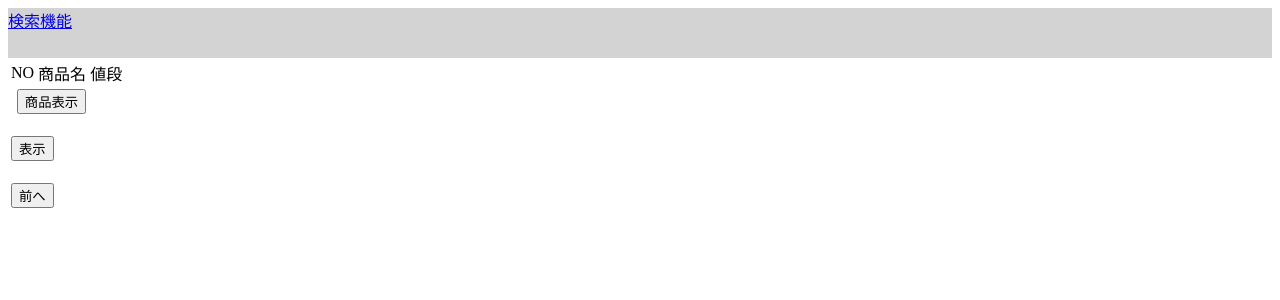
Repository: kousuke-2047/test
Page: http://localhost/Item/item.jsp
These files come from the project's save history. The page is drawn as it stood at one moment and after the next save; the edit follows.
The browser window is 1280 px wide. The pictures show the whole page.
The page is served by Tomcat 9. Other server files are loaded and not shown.

Above is the page before, as saved 2018-06-19 05:40:50.

### Item/WebContent/item.jsp
<%@ page language="java" contentType="text/html; charset=UTF-8"
    pageEncoding="UTF-8"%>
<%@ taglib prefix ="s" uri="/struts-tags" %>

<!DOCTYPE html PUBLIC>
<html>
<head>
	<meta http-equiv="Content-Type" content="text/html; charset=UTF-8">
	<meta http-equiv="Content-Style-Type" content="text/css"/>
	<meta http-equiv="Content-Script-Type" content= "text/javascript" />
	<meta http-equiv="imagetoolbar" content= "no" />
	<meta name = "description" content="" />
	<meta name="keywords" content="" />
<title>Item一覧画面</title>
<style type = "text/css">

header{
	background-color:lightgray;
	height:50px;
	width:100%;
	}


</style>
</head>
<body>

	<header>
		<a href ='<s:url action ="GosearchAction"/>'>検索機能</a>
	</header>

	<s:form action="ItemshowAction">
	<table>
		<tr>
			<td>NO</td>
			<td>商品名</td>
			<td>値段</td>
		</tr>

		<s:iterator value = "itemList">
		<tr>
			<td><input type ="radio" name="itemid" value="<s:property value='id'/>"/>
			<s:property value = "id"/></td>
			<td><s:property value = "itemName"/></td>
			<td><s:property value = "itemPrice"/></td>
		</tr>
		</s:iterator>
		<s:submit value ="商品表示"/>
	</table>
	</s:form>

	<s:iterator value="countList">

		<a href ='<s:url action ="ItemAction"/>'>
		<s:property value ="page"/>
		<input type="hidden" name="number" value="<s:property value='page'/>"/>
		</a>
		:
	</s:iterator>


	<s:form action ="ItemAction">
	<s:iterator value="countList" status="pageNo">
		<table>
			<tr>
				<s:if test="#pageNO.count==number">
				<td><s:property value="page"/></td>
				</s:if>
				<s:else>
				<td><input type ="radio" name="number" value="<s:property value='page'/>"/></td>
				<td><s:property value="page"/></td>
				</s:else>
			</tr>
		</table>


	</s:iterator>
	<s:submit value="表示"/>
	</s:form>

	<s:form action="ItemAction">
		<s:if test="number!=1">
		<input type="hidden" name="forward" value="true">
		<input type="hidden" name="number" value=number>
		<s:submit value="前へ"/>

		</s:if>
	</s:form>








</body>
</html>

After the next save:
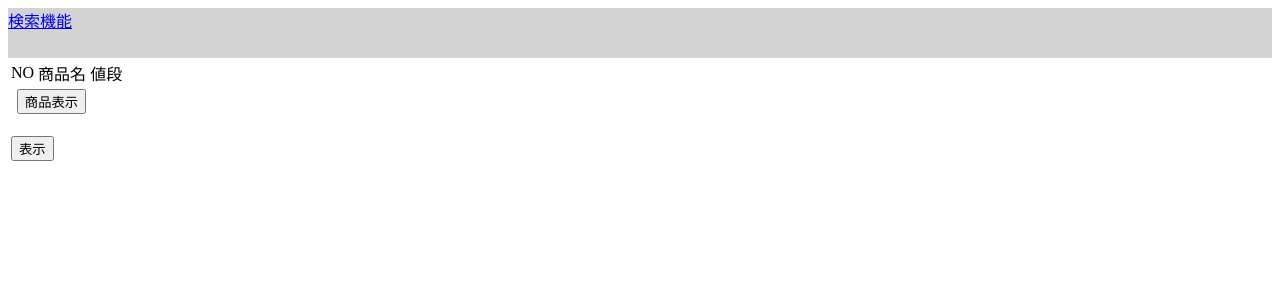
Saved 4 min 23 s later.
--- a/Item/WebContent/item.jsp
+++ b/Item/WebContent/item.jsp
@@ -80,10 +80,13 @@
 
 	<s:form action="ItemAction">
 		<s:if test="number!=1">
-		<input type="hidden" name="forward" value="true">
-		<input type="hidden" name="number" value=number>
-		<s:submit value="前へ"/>
-
+			<s:iterator value="countList" status="pageNo">
+				<s:if test="#pageNO.count==number">
+					<input type="hidden" name="forward" value="true">
+					<input type="hidden" name="number" value="<s:property value='page'/>">
+					<s:submit value="前へ"/>
+				</s:if>
+			</s:iterator>
 		</s:if>
 	</s:form>
 

After the save that followed:
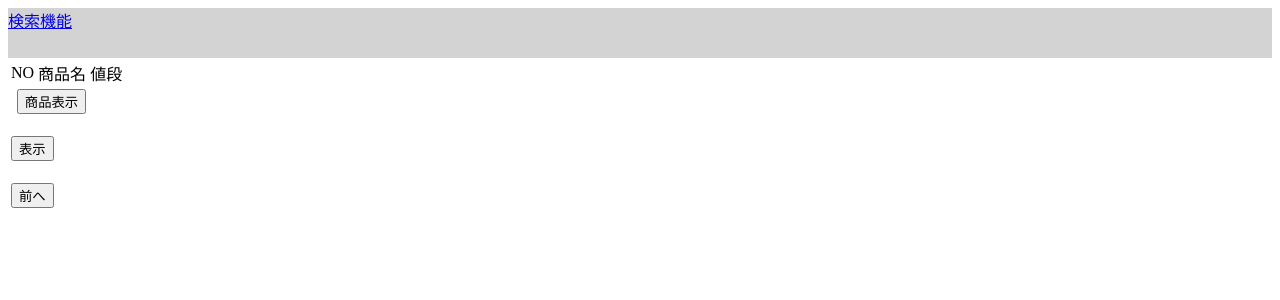
Saved 110 s later.
--- a/Item/WebContent/item.jsp
+++ b/Item/WebContent/item.jsp
@@ -84,9 +84,10 @@
 				<s:if test="#pageNO.count==number">
 					<input type="hidden" name="forward" value="true">
 					<input type="hidden" name="number" value="<s:property value='page'/>">
-					<s:submit value="前へ"/>
+
 				</s:if>
 			</s:iterator>
+			<s:submit value="前へ"/>
 		</s:if>
 	</s:form>
 
